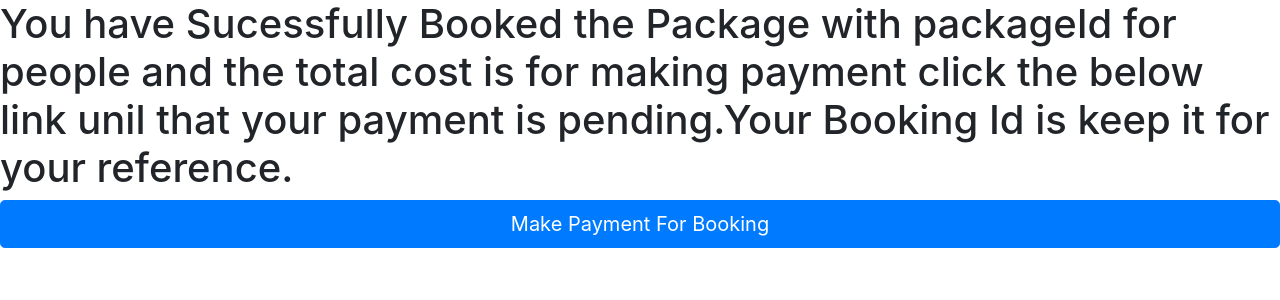
Repository: shivambhat45/Tour-Booking
Page: http://localhost/booking-success
These files come from the project's save history. The page is drawn as it stood at one moment and after the next save; the edit follows.
The browser window is 1280 px wide. The pictures show the whole page.
Some web libraries are served in a nearby version. The page is this project's Thymeleaf template; nobody is signed in. The template is opened directly, without the code that normally fills it, so the values that code supplies are empty.

Above is the page before, as saved 2022-10-29 13:20:33.

### frontend-ui/src/main/resources/templates/booking-success.html
<!DOCTYPE html>
<html xmlns:th="http://www.thymeleaf.org">

<head>
	<meta charset="ISO-8859-1">
	<title>Successfull Booking</title>
	<link rel="stylesheet" href="https://cdn.jsdelivr.net/npm/bootstrap@4.0.0/dist/css/bootstrap.min.css" integrity="sha384-Gn5384xqQ1aoWXA+058RXPxPg6fy4IWvTNh0E263XmFcJlSAwiGgFAW/dAiS6JXm" crossorigin="anonymous">
</head>

<body>
	<h1> You have Sucessfully Booked the Package with packageId <span th:text="${bookingInfo.packageId}"></span> for
		<span th:text="${bookingInfo.totalPeople}"></span> people and the total cost is <span
			th:text="${bookingInfo.totalPrice}"></span> for making payment click the below link unil that your payment
		is pending.Your Booking Id is <span th:text="${bookingInfo.bookingId}"></span> keep it for your reference.</h1>

		<button type="button" class="btn btn-primary btn-lg btn-block">Make Payment For Booking</button>

<script src="https://code.jquery.com/jquery-3.2.1.slim.min.js" integrity="sha384-KJ3o2DKtIkvYIK3UENzmM7KCkRr/rE9/Qpg6aAZGJwFDMVNA/GpGFF93hXpG5KkN" crossorigin="anonymous"></script>
<script src="https://cdn.jsdelivr.net/npm/popper.js@1.12.9/dist/umd/popper.min.js" integrity="sha384-ApNbgh9B+Y1QKtv3Rn7W3mgPxhU9K/ScQsAP7hUibX39j7fakFPskvXusvfa0b4Q" crossorigin="anonymous"></script>
<script src="https://cdn.jsdelivr.net/npm/bootstrap@4.0.0/dist/js/bootstrap.min.js" integrity="sha384-JZR6Spejh4U02d8jOt6vLEHfe/JQGiRRSQQxSfFWpi1MquVdAyjUar5+76PVCmYl" crossorigin="anonymous"></script>
</body>


</html>

After the next save:
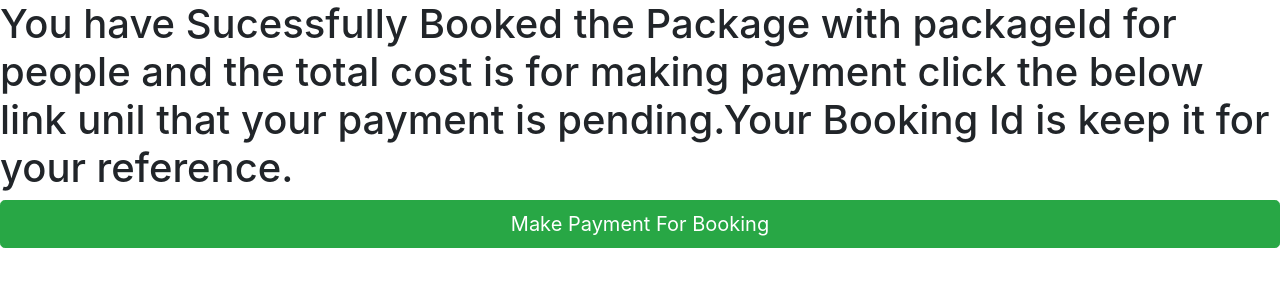
Saved 2 min 4 s later.
--- a/frontend-ui/src/main/resources/templates/booking-success.html
+++ b/frontend-ui/src/main/resources/templates/booking-success.html
@@ -13,7 +13,7 @@
 			th:text="${bookingInfo.totalPrice}"></span> for making payment click the below link unil that your payment
 		is pending.Your Booking Id is <span th:text="${bookingInfo.bookingId}"></span> keep it for your reference.</h1>
 
-		<button type="button" class="btn btn-primary btn-lg btn-block">Make Payment For Booking</button>
+		<button type="button" class="btn btn-success btn-lg btn-block">Make Payment For Booking</button>
 
 <script src="https://code.jquery.com/jquery-3.2.1.slim.min.js" integrity="sha384-KJ3o2DKtIkvYIK3UENzmM7KCkRr/rE9/Qpg6aAZGJwFDMVNA/GpGFF93hXpG5KkN" crossorigin="anonymous"></script>
 <script src="https://cdn.jsdelivr.net/npm/popper.js@1.12.9/dist/umd/popper.min.js" integrity="sha384-ApNbgh9B+Y1QKtv3Rn7W3mgPxhU9K/ScQsAP7hUibX39j7fakFPskvXusvfa0b4Q" crossorigin="anonymous"></script>
